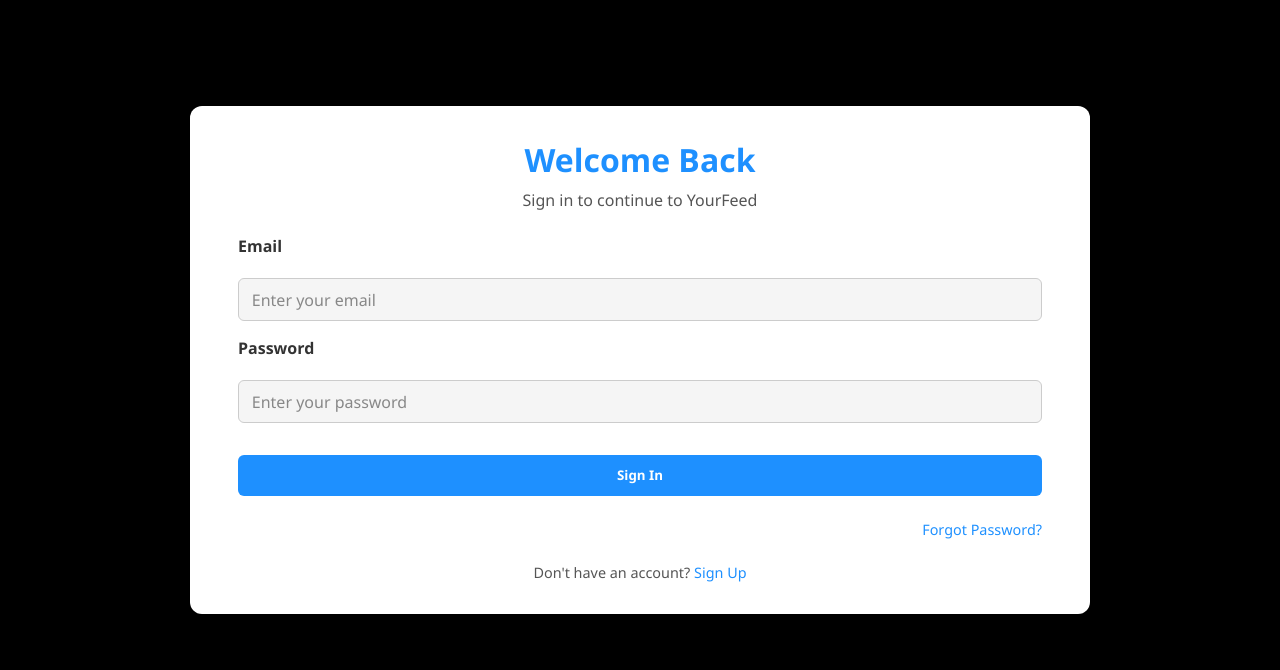
Repository: rizwanahmed2022/YourFees-BlogingApp
Page: login.html
An editor plug-in stored every save of this project. The page is shown before and after the next save, followed by the edit.
The browser window is 1280 px wide. The pictures show the whole page.

Above is the page before, as saved 2025-11-09 21:32:59.

After the next save:
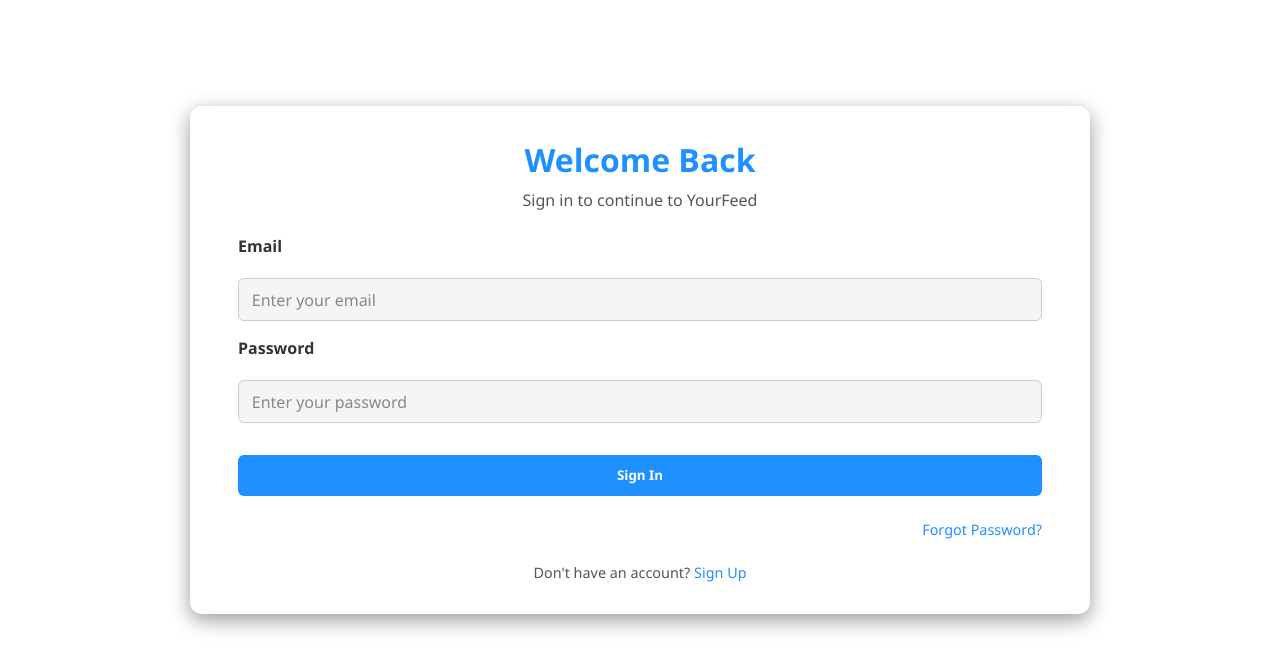
Saved 16 s later.
--- a/styles/login.css
+++ b/styles/login.css
@@ -16,7 +16,6 @@
 }
 
 body {
-  background-color: var(--color-bg);
   color: var(--color-text);
   display: flex;
   justify-content: center;
